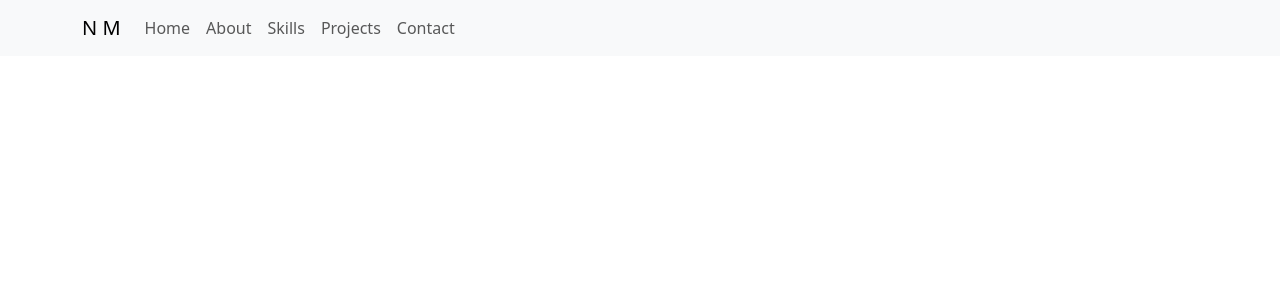
Repository: NalweMari/My-Personal-Portfolio
Page: index.html
These files come from the project's save history. The page is drawn as it stood at one moment and after the next save; the edit follows.
The browser window is 1280 px wide. The pictures show the whole page.

Above is the page before, as saved 2025-11-27 12:35:19.
Console error (its wording comes from the project's code and is left out).

### index.html
<!DOCTYPE html>
<html lang="en">

<head>
    <meta charset="UTF-8">
    <meta name="viewport" content="width=device-width, initial-scale=1.0">
    <title>My Portfolio</title>
    <link rel="stylesheet" href="style.css">
    <!-- Bootstrap CSS -->
    <link href="https://cdn.jsdelivr.net/npm/bootstrap@5.3.0/dist/css/bootstrap.min.css" rel="stylesheet">
    <!-- Font Awesome for icons -->
    <link rel="stylesheet" href="https://cdnjs.cloudflare.com/ajax/libs/font-awesome/6.4.0/css/all.min.css">

</head>

<body>
    <!-- Navigation -->

    <nav class="navbar navbar-expand-lg navbar-light bg-light pink">
        <div class="container">
            <a class="navbar-brand" href="#">N M</a> <button class="navbar-toggler" type="button" data- 6
                toggle="collapse" data-target="#navbarNav" aria-controls="navbarNav" aria-expanded="false"
                aria-label="Toggle navigation"> <span class="navbar-toggler-icon"></span> </button>
            <div class="collapse navbar-collapse" id="navbarNav">
                <ul class="navbar-nav">
                    <a class="nav-link" href="#">Home</a>
                    </li>
                    <li class="nav-item">
                        <a class="nav-link" href="#">About</a>
                    </li>
                    <li class="nav-item">
                        <a class="nav-link" href="#">Skills</a>
                    </li>
                    <li class="nav-item">
                        <a class="nav-link" href="#">Projects</a>
                    </li>
                    <li class="nav-item">
                        <a class="nav-link" href="#">Contact</a>
                    <li class="nav-item active">
                </ul>
            </div>
        </div>
    </nav>

    <script src="https://stackpath.bootstrapcdn.com/bootstrap/4.5.2/js/bootstrap.min.js"></script>
</body>

</html>

### Style.css
.hero-section {
  background: linear-gradient(rgba(0, 0, 0, 0.7), beige),
    url("https://via.placeholder.com/1500") center/cover no-repeat;
  color: white;
  padding: 150px 0;
}
.skill-bar {
  height: 20px;
  background-color: #e9ecef;
  border-radius: 5px;
  margin-bottom: 15px;
}
.skill-progress {
  height: 100%;
  border-radius: 5px;
  background-color: #0d6efd;
}
.project-card {
  transition: transform 0.3s;
}
.project-card:hover {
  transform: translateY(-5px);
}

After the next save:
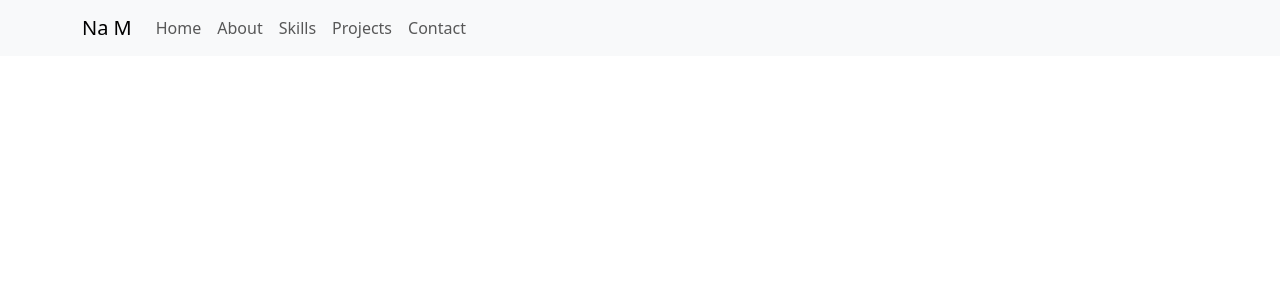
Saved 4 s later.
--- a/index.html
+++ b/index.html
@@ -18,7 +18,7 @@
 
     <nav class="navbar navbar-expand-lg navbar-light bg-light pink">
         <div class="container">
-            <a class="navbar-brand" href="#">N M</a> <button class="navbar-toggler" type="button" data- 6
+            <a class="navbar-brand" href="#">Na M</a> <button class="navbar-toggler" type="button" data- 6
                 toggle="collapse" data-target="#navbarNav" aria-controls="navbarNav" aria-expanded="false"
                 aria-label="Toggle navigation"> <span class="navbar-toggler-icon"></span> </button>
             <div class="collapse navbar-collapse" id="navbarNav">
